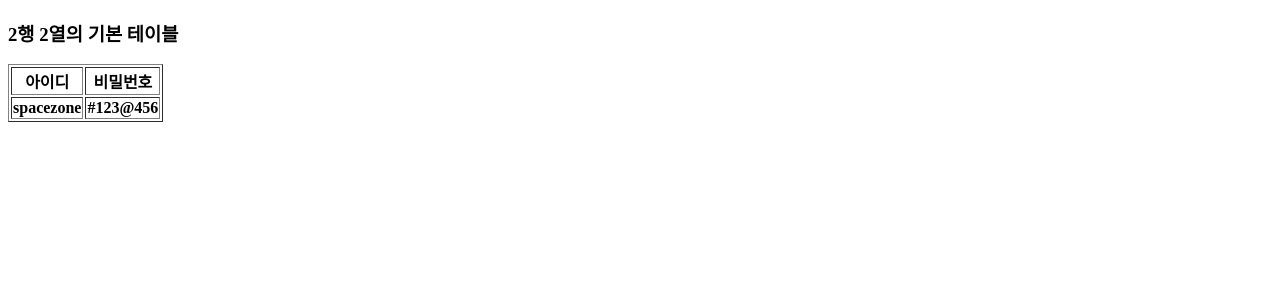
Repository: parkgyutaee/My_JAVA_Project
Page: http://localhost/JSPStudy/table_default.jsp
These files come from the project's save history. The page is drawn as it stood at one moment and after the next save; the edit follows.
The browser window is 1280 px wide. The pictures show the whole page.
The page is served by Tomcat 9.

Above is the page before, as saved 2025-07-09 06:46:51.

After the next save:
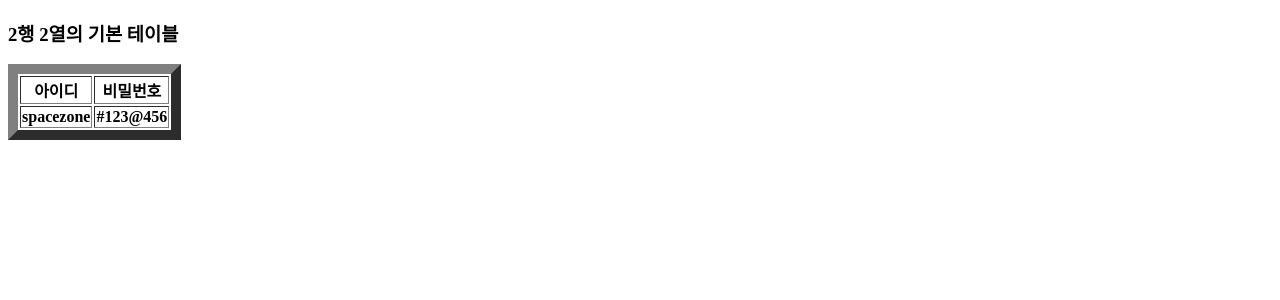
Saved 5 s later.
--- a/Workspace/JSPStudy/src/main/webapp/table_default.jsp
+++ b/Workspace/JSPStudy/src/main/webapp/table_default.jsp
@@ -8,7 +8,7 @@
 </head>
 <body>
 	<h3> 2행 2열의 기본 테이블</h3>
-	<table border = "1">
+	<table border = "10">
 		<tr>
 			<th>아이디</th><th>비밀번호</th>
 		</tr>
